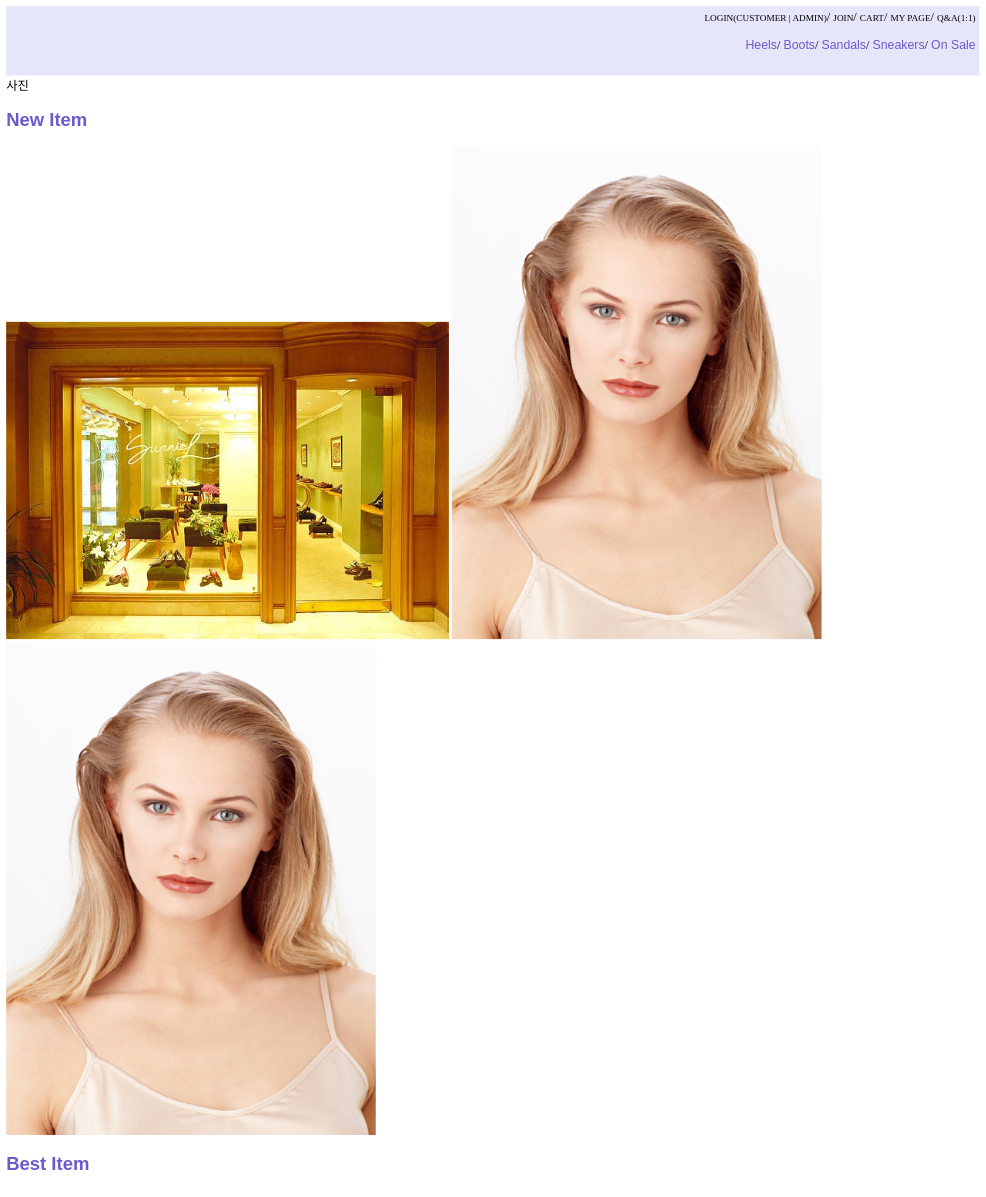
Repository: taeeun2/java_web
Page: http://localhost/webapp/Shopingmall/member/index.jsp
These files come from the project's save history. The page is drawn as it stood at one moment and after the next save; the edit follows.
The browser window is 1280 px wide. The pictures show the whole page, at 77% of full size.
Some web fonts or font styles are not loaded; a fallback is used. The page is served by Tomcat 9.

Above is the page before, as saved 2021-09-30 08:15:16.

After the next save:
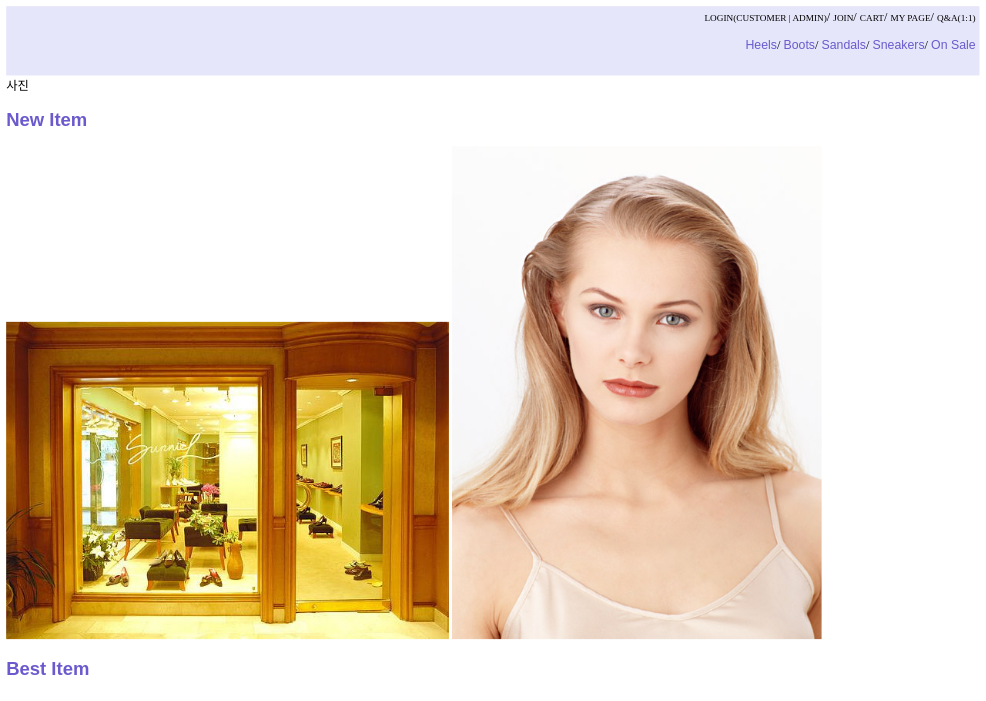
Saved 11 s later.
--- a/webapp/WebContent/Shopingmall/member/index.jsp
+++ b/webapp/WebContent/Shopingmall/member/index.jsp
@@ -35,7 +35,6 @@
 			<img src = '../../Shopingmall/images/model.jpg'>
 </div>
 
-			<img src = '../../Shopingmall/images/model.jpg'>
 
 <div>
 <h2>Best Item</h2>
